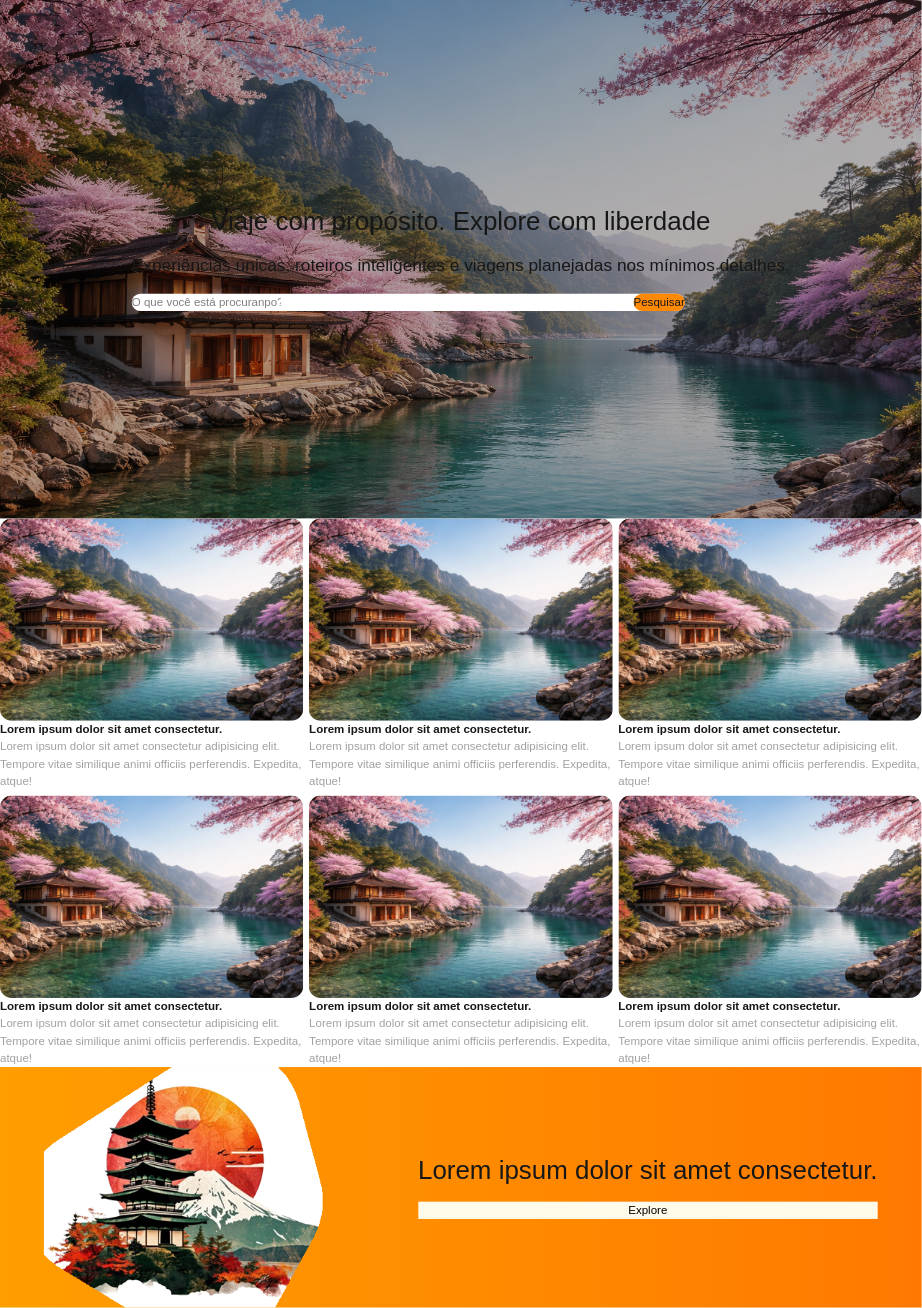
Repository: pedroantoniosi/tripicon-site
Page: /home
The author's editor kept a copy of each file at every save. The page is drawn from the files as they stood at one save, then again after the next save.
The browser window is 1280 px wide. The pictures show the whole page, at 72% of full size.
The project was rebuilt for these pictures with package versions that can differ from the ones it lists, and the page was loaded fresh each time. The framework's server and built-in components were replaced by stand-ins that run in the browser. Also part of the build but not shown: next.config.ts.

Above is the page before, as saved 2026-04-06 12:03:31.

After the next save:
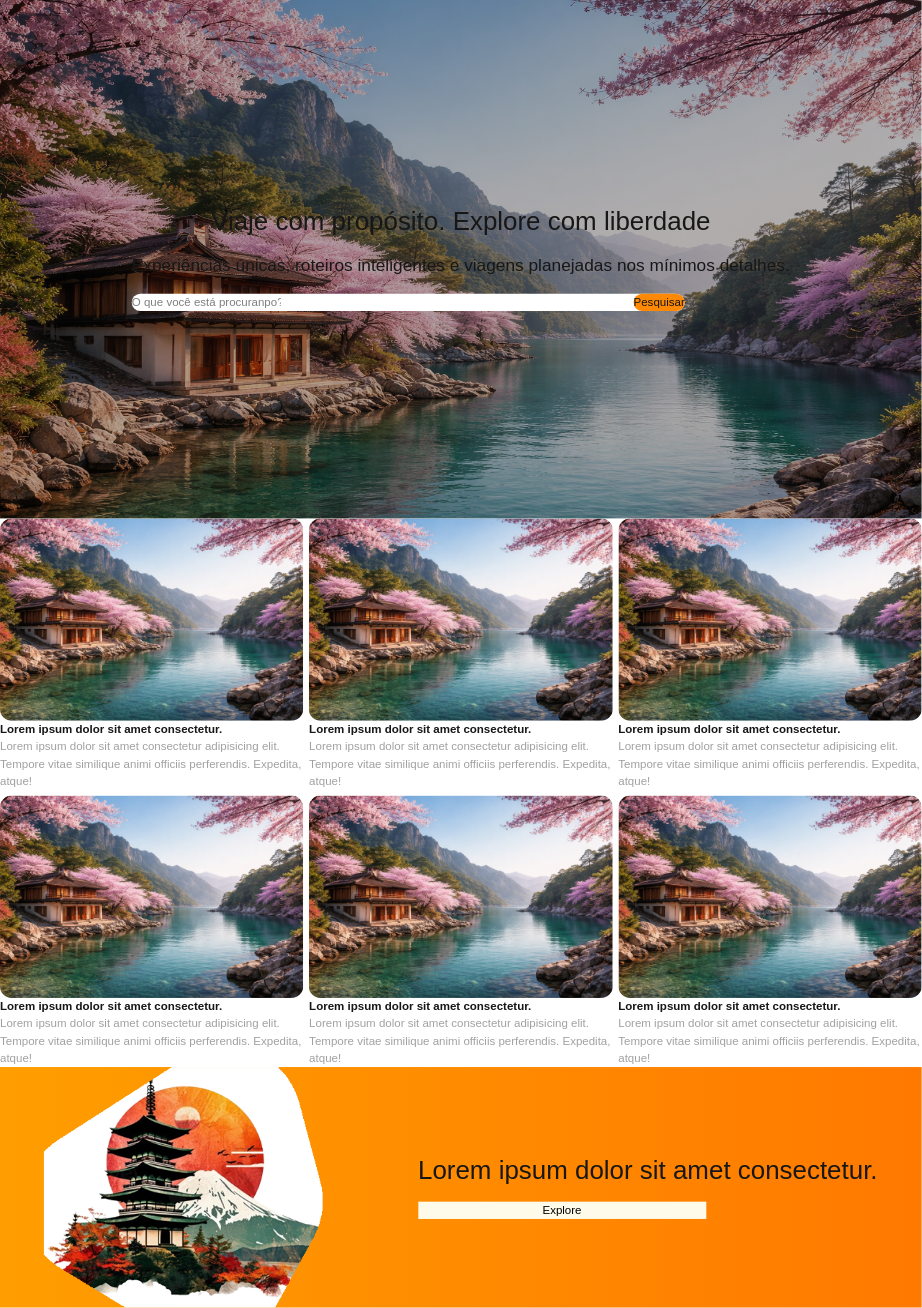
Saved 12 s later.
--- a/src/app/home/page.tsx
+++ b/src/app/home/page.tsx
@@ -92,7 +92,7 @@ export default function Home() {
             <h2 className="text-4xl">
               Lorem ipsum dolor sit amet consectetur.
             </h2>
-            <button className="border-2 bg-amber-50 text-black outline-none border-none p-2">
+            <button className="border-2 bg-amber-50 text-black outline-none border-none p-2 max-w-[400px]">
               Explore
             </button>
           </div>
